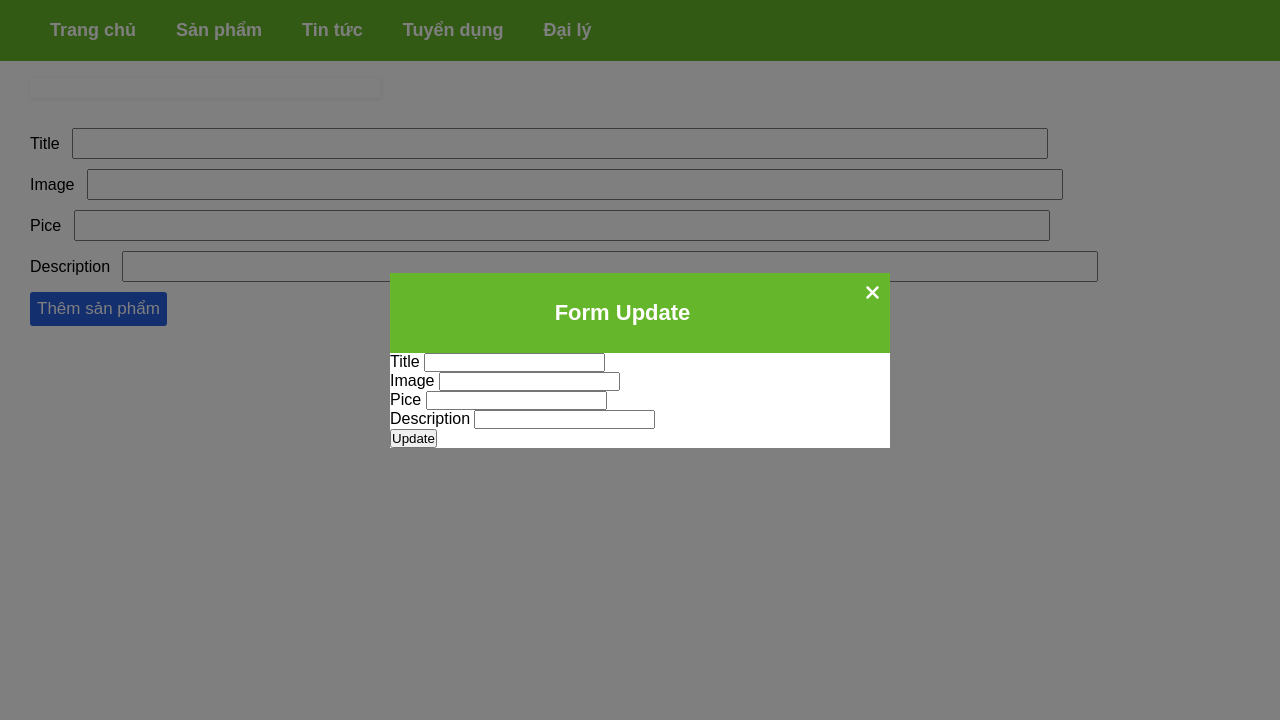
Repository: Ngoc28/CURD_HTML-CSS_JS_JSON
Page: index.html
The author's editor kept a copy of each file at every save. The page is drawn from the files as they stood at one save, then again after the next save.
The browser window is 1280 px wide. The pictures show the whole page.
The page's requests for data from a server got no answer.

Above is the page before, as saved 2023-04-11 09:48:07.

### index.html
<!DOCTYPE html>
<html lang="en">
<head>
    <meta charset="UTF-8">
    <meta http-equiv="X-UA-Compatible" content="IE=edge">
    <meta name="viewport" content="width=device-width, initial-scale=1.0">
    <title>CURD Cơ bản</title>
    <link rel="stylesheet" href="https://cdnjs.cloudflare.com/ajax/libs/font-awesome/6.4.0/css/all.min.css" integrity="sha512-iecdLmaskl7CVkqkXNQ/ZH/XLlvWZOJyj7Yy7tcenmpD1ypASozpmT/E0iPtmFIB46ZmdtAc9eNBvH0H/ZpiBw==" crossorigin="anonymous" referrerpolicy="no-referrer" />
    <link rel="stylesheet" href="./asset/css/style.css">
</head>
<body>
    <header class="header-menu">
        <ul class="list-menu">
            <li class="item-menu"><a href="">Trang chủ</a></li>
            <li class="item-menu"><a href="">Sản phẩm</a></li>
            <li class="item-menu"><a href="">Tin tức</a></li>
            <li class="item-menu"><a href="">Tuyển dụng</a></li>
            <li class="item-menu"><a href="">Đại lý</a></li>
        </ul>
    </header>
    <div class="main">
        <div class="title-product">
            <h2 class="title">Sản phẩm của chúng tôi</h2>
        </div>
        <div class="products">
            <div class="product">
                <!-- <h3 class="product-name">Coca-Cola</h3>
                <img src="https://cdn.tgdd.vn/Products/Images/2947/190310/bhx/sua-trai-cay-nutriboost-huong-cam-297ml-202202122134380628.jpg" alt="" class="product-img">
                <spam class="product-price">18.000</spam>
                <span class="product-description">Nutriboost là thức uống dinh dưỡng kết hợp sữa và nước trái cây thơm ngon, giúp bạn luôn tràn năng lượng cho một ngày làm việc hiệu quả.</span> -->
            </div>
        </div>
    </div>
    <div class="form">
        <div class="form-1">
            <label for="">Title</label>
            <input type="text" name="title">
        </div>
        <div class="form-1">
            <label for="">Image</label>
            <input type="text" name="image">
        </div>
        <div class="form-1">
            <label for="">Pice</label>
            <input type="text" name="price">
        </div>
        <div class="form-1">
            <label for="">Description</label>
            <input type="text" name="description">
        </div>
        <button type="submit" id="create">Thêm sản phẩm</button>
    </div>

    <!-- formUpdate -->
    <div class="formUpdate">
        <div class="modal">
            <header>
                <i class="update-icon fa-solid fa-xmark"></i>
                <h1>
                    Form Update
                </h1>
            </header>
            <div class="container">
                <div class="form-2">
                    <label for="">Title</label>
                    <input type="text" name="title">
                </div>
                <div class="form-2">
                    <label for="">Image</label>
                    <input type="text" name="image">
                </div>
                <div class="form-2">
                    <label for="">Pice</label>
                    <input type="text" name="price">
                </div>
                <div class="form-2">
                    <label for="">Description</label>
                    <input type="text" name="description">
                </div>
                <button type="submit" id="update">Update</button>
            </div>
        </div>
    </div>
    <script src="/script.js"></script>
</body>
</html>

### asset/css/style.css
*{
    padding: 0;
    margin: 0;
    box-sizing: border-box;
}

body {
    font-family: Arial, Helvetica, sans-serif;
}

.header-menu {
    position: fixed;
    top: 0;
    left: 0;
    right: 0;
    background-color: #66b62b;
    font-size: 18px;
    font-weight: 600;
}

.list-menu {
    display: flex;
    margin: 0 30px;
}

.item-menu {
    list-style: none;
}

.item-menu a {
    padding: 20px;
    display: block;
    text-decoration: none;
    color: #fff;
}

.item-menu a:hover {
    background-color: #ffd400;
    display: block;
}

/* Product */
.main {
    margin: 30px 30px 10px 30px;
}

.title-product {
    margin-bottom: 20px;
}


.title-product .title {
    text-align: center;
    color: #d72b27;
}

.products {
    display: flex;
    justify-content: space-between;
    flex-wrap: wrap;
}

.product {
    width: 350px;
    cursor: pointer;
    box-shadow: 1px 1px 5px   rgba(0, 0, 0, 0.09);
    margin-bottom: 20px;
    padding: 10px;
}


.product h3:hover {
    color: #d72b27;
}


.product-name {
    text-align: center;
}

.product-img {
    width: 100%;
    object-fit: cover;
}


.product .product-price:hover {
    color: #66b62b;
}

.product-price {
    color: #d72b27;
    margin: 10px 10px 6px;
    display: flex;
    justify-content: center;
    font-weight: 600;
}

.product-description {
    font-size: 15px;
    font-weight: 400;
    line-height: 20px;
    height: 40px;
    margin: 10px 10px 6px;
    overflow: hidden;
    display: block;
    display: -webkit-box;
    -webkit-box-orient: vertical;
    -webkit-line-clamp: 2;
}


.btn {
    display: flex;
    justify-content: center;
}


.delete-btn{
    margin-right: 10px;
}

.update-btn,
.delete-btn {
    padding: 8px;
    background-color: #66b62b;
    color: #fff;
    font-size: 15px;
    border: none;
    border-radius: 3px;
}

.update-btn:hover,
.delete-btn:hover {
    background-color: #336013;
}

/* Form */
.form {
    margin: 0 30px;

}

.form-1{
    margin-bottom: 10px;
}

.form-1 label {
    font-size: 16px;
    margin-right: 8px;
    width: 90px;
}

.form-1 input {
    padding: 5px;
    font-size: 15px;
    width: 80%;
}

.form button {
    padding: 7px;
    background-color: #295fdd;
    color: #fff;
    font-size: 17px;
    border: none;
    border-radius: 3px;
}

.form button:hover {
    background-color: #172e62;
}

/* FormUpdate */

.formUpdate {
    position:fixed;
    top: 0;
    right: 0;
    bottom: 0;
    left: 0;
    background-color: rgba(0, 0, 0, 0.5);
    display: flex;
    align-items: center;
    justify-content: center;
}

.modal {
    background-color: #fff;
}

.modal header {
    background-color: #66b62b;
    color: #fff;
    height: 80px;
    width: 500px;
}

.modal h1 {
    line-height: 80px;
    text-align: center;
    font-size: 22px;
}

.modal .update-icon {
    float: right;
    padding: 10px;
    font-size: 20px;
    color: #fff;
}

.modal .update-icon:hover {
    color: #d72b27;
}

.form-2

### script.js
let productsApi = 'http://localhost:3000/products';

function start() {
    getProducts(renderProducts);

    handleCreateForm()
}

start();

//lay ra san pham

function getProducts(callback) {

    fetch(productsApi)
    .then(function(response) {
        return response.json();
    })
    .then(callback);
}

function createProduct(data, callback) {
    var options = {
        method: 'POST',
        body: JSON.stringify(data),
        headers: {
            "Content-Type": "application/json",
            // 'Content-Type': 'application/x-www-form-urlencoded',
          }
    };
    fetch(productsApi, options)
        .then(function(response) {
            response.json();
        })
        .then(callback);

}

function handleDeleteProduct(id) {
    var options = {
        method: 'DELETE',
        headers: {
            "Content-Type": "application/json",
            // 'Content-Type': 'application/x-www-form-urlencoded',
          }
    };
    fetch(productsApi + '/' + id, options)
        .then(function(response) {
            response.json();
        })
        .then(function() {
           var productItem = document.querySelector('.product-item-' + id);
           if(productItem) {
            productItem.remove();
           }
        });
}


//show du lieu ra man hinh
function renderProducts(products) {
    var listProducts = document.querySelector('.products');

    var htmls = products.map(function(product) {
        return `
        <div class="product product-item-${product.id}">
            <h3 class="product-name">${product.title}</h3>
            <img src="${product.image}" class="product-img">
            <spam class="product-price">${product.price}đ</spam>
            <span class="product-description">${product.description}</span>
            <div class="btn">
                <button onclick="handleDeleteProduct(${product.id})" class="delete-btn">Delete</button>
                <button onclick="UpdateProduct()" class="update-btn">Update</button>
            </div>
        </div>`

    })

    listProducts.innerHTML = htmls.join('');
}

function handleCreateForm() {
    var createBtn = document.querySelector('#create');

    createBtn.onclick = function() {
        var title = document.querySelector('input[name="title"]').value;
        var image = document.querySelector('input[name="image"]').value;
        var price = document.querySelector('input[name="price"]').value;
        var description = document.querySelector('input[name="description"]').value;

        var formData = {
            title: title,
            image: image,
            price: price,
            description: description
        }

        createProduct(formData, function() {
            getProducts(renderProducts);
        });

    }
}

After the next save:
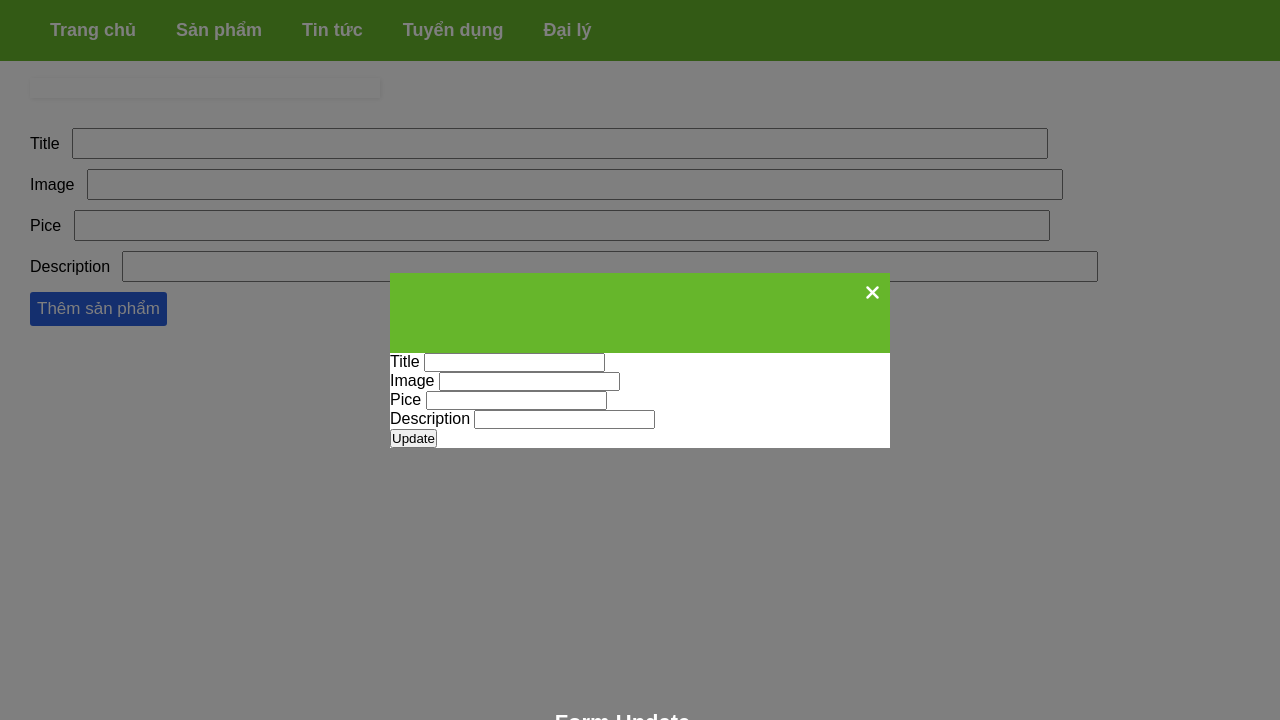
Saved 10 s later.
--- a/asset/css/style.css
+++ b/asset/css/style.css
@@ -196,7 +196,7 @@ body {
 }
 
 .modal h1 {
-    line-height: 80px;
+    line-height: 900px;
     text-align: center;
     font-size: 22px;
 }
